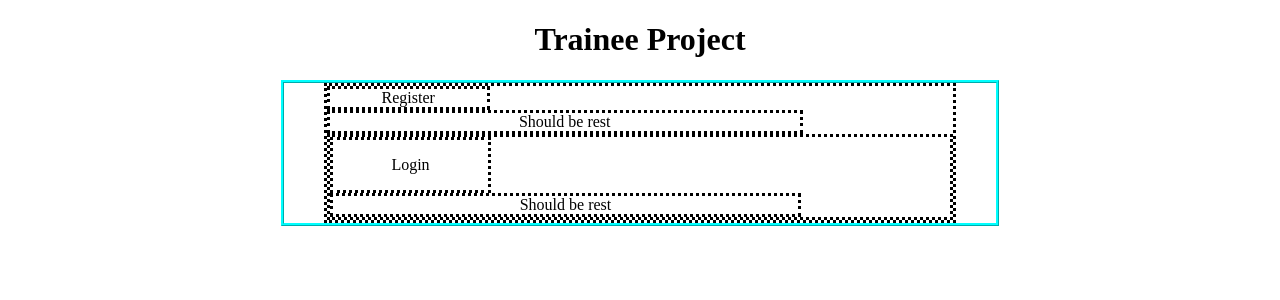
Repository: LsCodeMaster/Training
Page: Trainee/WebContent/trainee.html
An editor plug-in stored every save of this project. The page is shown before and after the next save, followed by the edit.
The browser window is 1280 px wide. The pictures show the whole page.

Above is the page before, as saved 2015-09-15 10:04:44.

After the next save:
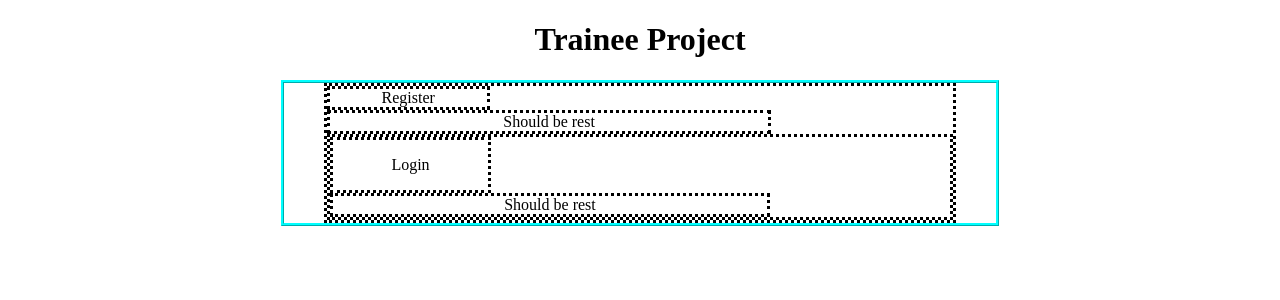
Saved 12 s later.
--- a/Trainee/WebContent/css/style.css
+++ b/Trainee/WebContent/css/style.css
@@ -16,7 +16,7 @@
 	width: 25%;
 }
 .centeredBox .loginInfo{
-	width:75%;
+	width:70%;
 }
 h1{
     text-align: center;
